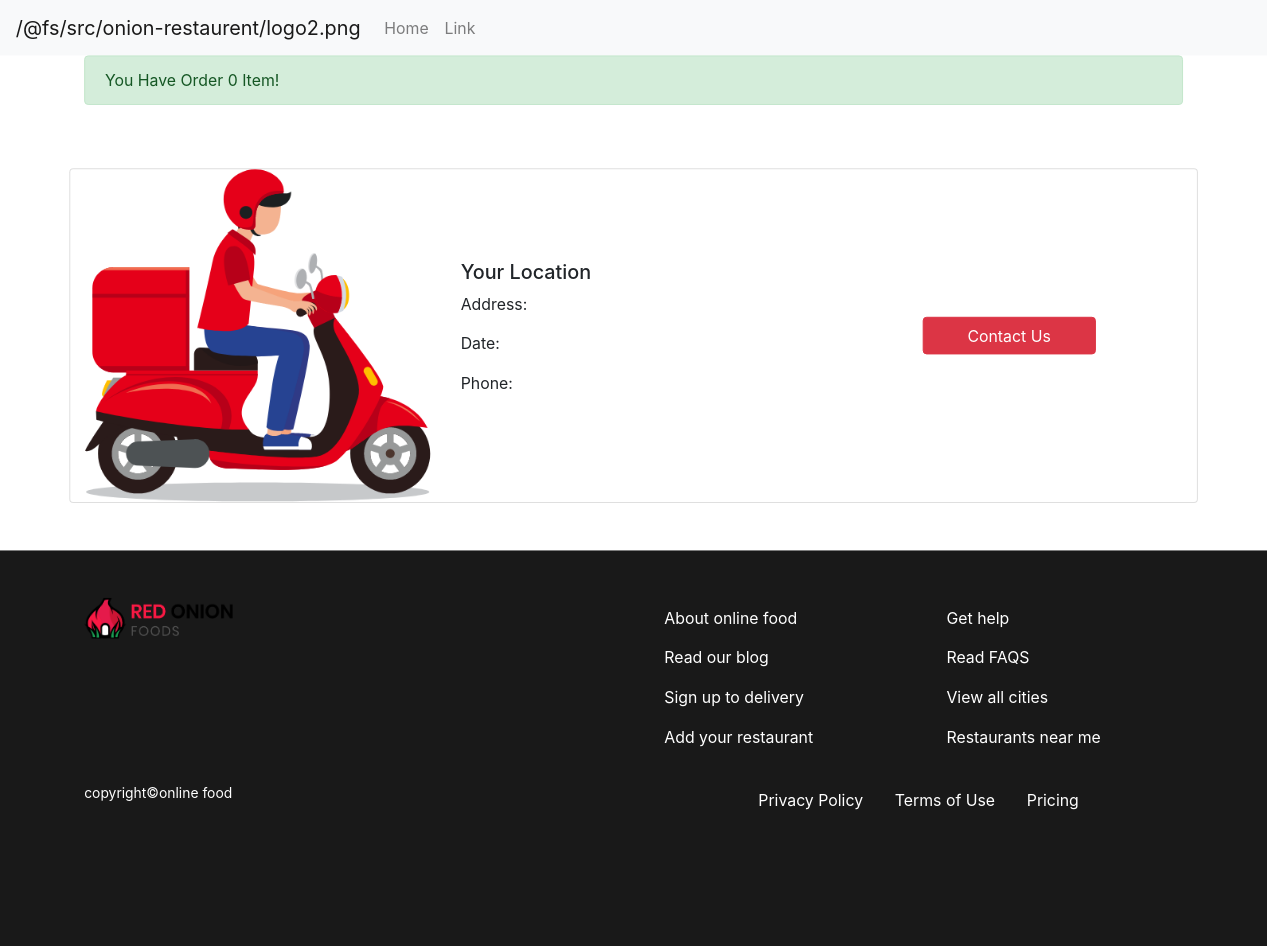
Repository: arif286/red-onion-client
Page: /order
The author's editor kept a copy of each file at every save. The page is drawn from the files as they stood at one save, then again after the next save.
The browser window is 1280 px wide. The pictures show the whole page, at 99% of full size.
The page's requests for data from a server got no answer. The project was rebuilt for these pictures with package versions that can differ from the ones it lists, and the page was loaded fresh each time. No one was signed in, and anything a server would have sent is missing. Also part of the build but not shown: src/App.css, src/components/CheckOut/CheckOut.css, src/components/CheckOut/CheckOutForm/CheckOutFrom.js, src/components/CheckOut/CheckOut.js, src/components/SearchBar/SearchBar.css, src/components/SearchBar/SearchBar.js, src/components/FoodDetails/FoodDetail.css, src/components/FoodDetails/FoodDetail.js and 13 more. Imported but missing from the stored project, and not drawn on this page: src/components/CheckOut/Map/Map.

Above is the page before, as saved 2021-04-07 01:46:02.

### public/index.html
<!DOCTYPE html>
<html lang="en">
  <head>
    <meta charset="utf-8" />
    <link rel="icon" href="%PUBLIC_URL%/favicon.ico" />
    <meta name="viewport" content="width=device-width, initial-scale=1" />
    <meta name="theme-color" content="#000000" />
    <meta
      name="description"
      content="Web site created using create-react-app"
    />
    <link rel="apple-touch-icon" href="%PUBLIC_URL%/logo192.png" />
    <!--
      manifest.json provides metadata used when your web app is installed on a
      user's mobile device or desktop. See https://developers.google.com/web/fundamentals/web-app-manifest/
    -->
    <link rel="manifest" href="%PUBLIC_URL%/manifest.json" />

    <!-- <link
      href="https://api.tiles.mapbox.com/mapbox-gl-js/v2.1.1/mapbox-gl.css"
      rel="stylesheet"
    /> -->
    <!--
      Notice the use of %PUBLIC_URL% in the tags above.
      It will be replaced with the URL of the `public` folder during the build.
      Only files inside the `public` folder can be referenced from the HTML.

      Unlike "/favicon.ico" or "favicon.ico", "%PUBLIC_URL%/favicon.ico" will
      work correctly both with client-side routing and a non-root public URL.
      Learn how to configure a non-root public URL by running `npm run build`.
    -->
    <title>Red Onion</title>
  </head>
  <body>
    <noscript>You need to enable JavaScript to run this app.</noscript>
    <div id="root"></div>
    <!--
      This HTML file is a template.
      If you open it directly in the browser, you will see an empty page.

      You can add webfonts, meta tags, or analytics to this file.
      The build step will place the bundled scripts into the <body> tag.

      To begin the development, run `npm start` or `yarn start`.
      To create a production bundle, use `npm run build` or `yarn build`.
    -->
  </body>
</html>

### src/App.js
import "bootstrap/dist/css/bootstrap.min.css";
import React, { createContext, useState } from "react";
import { BrowserRouter as Router, Route, Switch } from "react-router-dom";
import './App.css';
import CheckOut from "./components/CheckOut/CheckOut";
import Map from "./components/CheckOut/Map/Map";
import FoodDetail from "./components/FoodDetails/FoodDetail";
import Footer from "./components/Footer/Footer";
import Header from "./components/Header/Header";
import Home from './components/Home/Home';
import Login from "./components/LogIn/Login";
import Order from "./components/Order/Order";
import SingUp from "./components/SingUp/SingUp";


export const UserContext = createContext();
function App() {
  const [loggedInUser, setLoggedInUser] = useState({});
  return (
    <UserContext.Provider value={[loggedInUser, setLoggedInUser]}>
      <Router>
        <Header />
        <Switch>
          <Route path="/home">
            <Home />
          </Route>
          <Route path="/signUp">
            <SingUp />
          </Route>
          <Route path="/login">
            <Login />
          </Route>
          <Route path="/food/details/:foodId">
            <FoodDetail />
          </Route>
          <Route path='/checkOut'>
            <CheckOut/>
          </Route>
          <Route path='/order'>
            <Order/>
          </Route>
          <Route path='/map'>
            <Map/>
          </Route>
          <Route exact path="/">
            <Home/>
          </Route>
        </Switch>
        <Footer />
      </Router>
    </UserContext.Provider>
  );

}

export default App;

### src/components/Footer/Footer.js
import React from 'react';
import { NavLink } from 'react-bootstrap';
import Logo from '../../onion-restaurent/logo2.png';
import './Footer.css';

const Footer = () => {
    return (
      <footer>
        <div className="container">
          <div className="row pt-5">
            <div className="col-md-6 col-sm-12 pb-4">
              <img className="footer-img" src={Logo} alt="" />
            </div>
            <div className="col-md-3 col-sm-12 pb-4">
              <ul className="nav flex-column">
                <li className="nav-item">
                  <NavLink
                    className="nav-link active footer-link"
                    aria-current="page"
                    to="/"
                  >
                    About online food
                  </NavLink>
                </li>
                <li className="nav-item">
                  <NavLink className="nav-link footer-link" to="/">
                    Read our blog
                  </NavLink>
                </li>
                <li className="nav-item">
                  <NavLink className="nav-link footer-link" to="/">
                    Sign up to delivery
                  </NavLink>
                </li>
                <li className="nav-item">
                  <NavLink className="nav-link footer-link" to="/">
                    Add your restaurant
                  </NavLink>
                </li>
              </ul>
            </div>
            <div className="col-md-3 col-sm-12 pb-4">
              <ul className="nav flex-column">
                <li className="nav-item">
                  <NavLink
                    className="nav-link footer-link"
                    aria-current="page"
                    to="/"
                  >
                    Get help
                  </NavLink>
                </li>
                <li className="nav-item">
                  <NavLink className="nav-link footer-link" to="/">
                    Read FAQS
                  </NavLink>
                </li>
                <li className="nav-item">
                  <NavLink className="nav-link footer-link" to="/">
                    View all cities
                  </NavLink>
                </li>
                <li className="nav-item">
                  <NavLink className="nav-link footer-link" to="/">
                    Restaurants near me
                  </NavLink>
                </li>
              </ul>
            </div>
          </div>

          <div className="row">
            <div className="col-md-7">
              <p className='copy-right'>
                <small>
                  copyright<span>&#169;</span>online food
                </small>
              </p>
            </div>
            <div className="col-md-5">
              <div className='d-flex'>
                <NavLink className="footer-link">Privacy Policy</NavLink>
                <NavLink className="footer-link">Terms of Use</NavLink>
                <NavLink className="footer-link">Pricing</NavLink>
              </div>
            </div>
          </div>
        </div>
      </footer>
    );
};

export default Footer;

### src/components/Header/Header.js
import React from 'react';
import { Nav, Navbar } from 'react-bootstrap';
// import { NavLink } from "react-router-dom";
import logo from '../../onion-restaurent/logo2.png';
import './Header.css';
const Header = () => {
    const header = {
        logo : {width: '180px'}
    }
    return (
      <div>
        {/* <nav className="navbar navbar-expand-lg navbar-light bg-light">
          <div className="container-fluid">
            <div>
              <img style={header.logo} src={logo} alt="" />
            </div>
            <button
              className="navbar-toggler"
              type="button"
              data-bs-toggle="collapse"
              data-bs-target="#navbarNav"
              aria-controls="navbarNav"
              aria-expanded="false"
              aria-label="Toggle navigation"
            >
              <span className="navbar-toggler-icon"></span>
            </button>
            <div
              className="collapse  navbar-collapse justify-content-end"
              id="navbarNav"
            >
              <ul className="navbar-nav">
                <li className="nav-item">
                  <NavLink className="header-link" to="/">
                    Home
                  </NavLink>
                </li>
                <li className="nav-item">
                  <NavLink className="header-link" to="/order">
                    Order
                  </NavLink>
                </li>
                <li className="nav-item">
                  <NavLink className="header-link" to="/login">
                    Login
                  </NavLink>
                </li>
                <li className="nav-item">
                  <NavLink className="header-link" to="/signUp">
                    Sing up
                  </NavLink>
                </li>
              </ul>
            </div>
          </div>
        </nav> */}
        <Navbar bg="light" expand="lg">
          <Navbar.Brand href="#home">{ logo}</Navbar.Brand>
          <Navbar.Toggle aria-controls="basic-navbar-nav" />
          <Navbar.Collapse id="basic-navbar-nav">
            <Nav className="mr-auto">
              <Nav.Link href="#home">Home</Nav.Link>
              <Nav.Link href="#link">Link</Nav.Link>
            </Nav>
          </Navbar.Collapse>
        </Navbar>
      </div>
    );
};

export default Header;

### src/components/Order/Order.js
import axios from "axios";
import React, { useContext, useEffect, useState } from "react";
import { Alert, Card, Col, Container, Row } from "react-bootstrap";
import { UserContext } from "../../App";
import delivery from "../../onion-restaurent/Image/Group 1151.png";


const Order = () => {
  const [order, setOrder] = useState([]);
  const [loggedInUser, setLoggedInUser] = useContext(UserContext);

  useEffect(() => {
    axios.get(`http://localhost:5000/orderDetails?email=${loggedInUser.email}`)
      .then(res => {
        console.log(res.data)
        setOrder(res.data)
      })
      .catch(err => console.log(err));
  }, [loggedInUser.email]);
  return (
    <Container>
      <Alert variant="success">You Have Order {order.length} Item!</Alert>
      <Row className="justify-content-center">
        {order.map((item) => (
          <Col xs={12} sm={3}>
            <Card className="d-flex">
              <img src={item.picture} alt="" />
              <Card.Body>
                <Card.Title>{item.foodName}</Card.Title>
                <Card.Text>quantity: ${item.quantity}</Card.Text>
                <Card.Text>Total: ${item.totalPrice}</Card.Text>
              </Card.Body>
            </Card>
          </Col>
        ))}
      </Row>
      <Row className="mt-5 mb-5">
        <Col>
          <Card className="row flex-row justify-content-around">
            <div className="col-md-4">
              <img className="img-fluid" src={delivery} alt="" />
            </div>
            <div className="col-md-4 col-sm-12  align-self-center">
              <h5>Your Location</h5>
              <p>Address: {order[0]?.address}</p>
              <p>Date: {order[0]?.date}</p>
              <p>Phone: {order[0]?.phone}</p>
            </div>
            <div className="col-md-4 col-sm-12 align-self-center text-sm-left text-md-center">
              <button className="btn btn-danger w-50">Contact Us</button>
            </div>
          </Card>
        </Col>
      </Row>
    </Container>
  );
};

export default Order;

### src/components/Footer/Footer.css
.footer-img {
  width: 150px;
}
footer {
  background-color: #191919;
  height: 400px;
}
.footer-link {
  color: white;
}
.footer-link:hover {
  color: #878787;
}
.copy-right {
  color: white;
}

Loaded but not shown: src/index.js (common file); src/index.css (common file); src/reportWebVitals.js (common file)

After the next save:
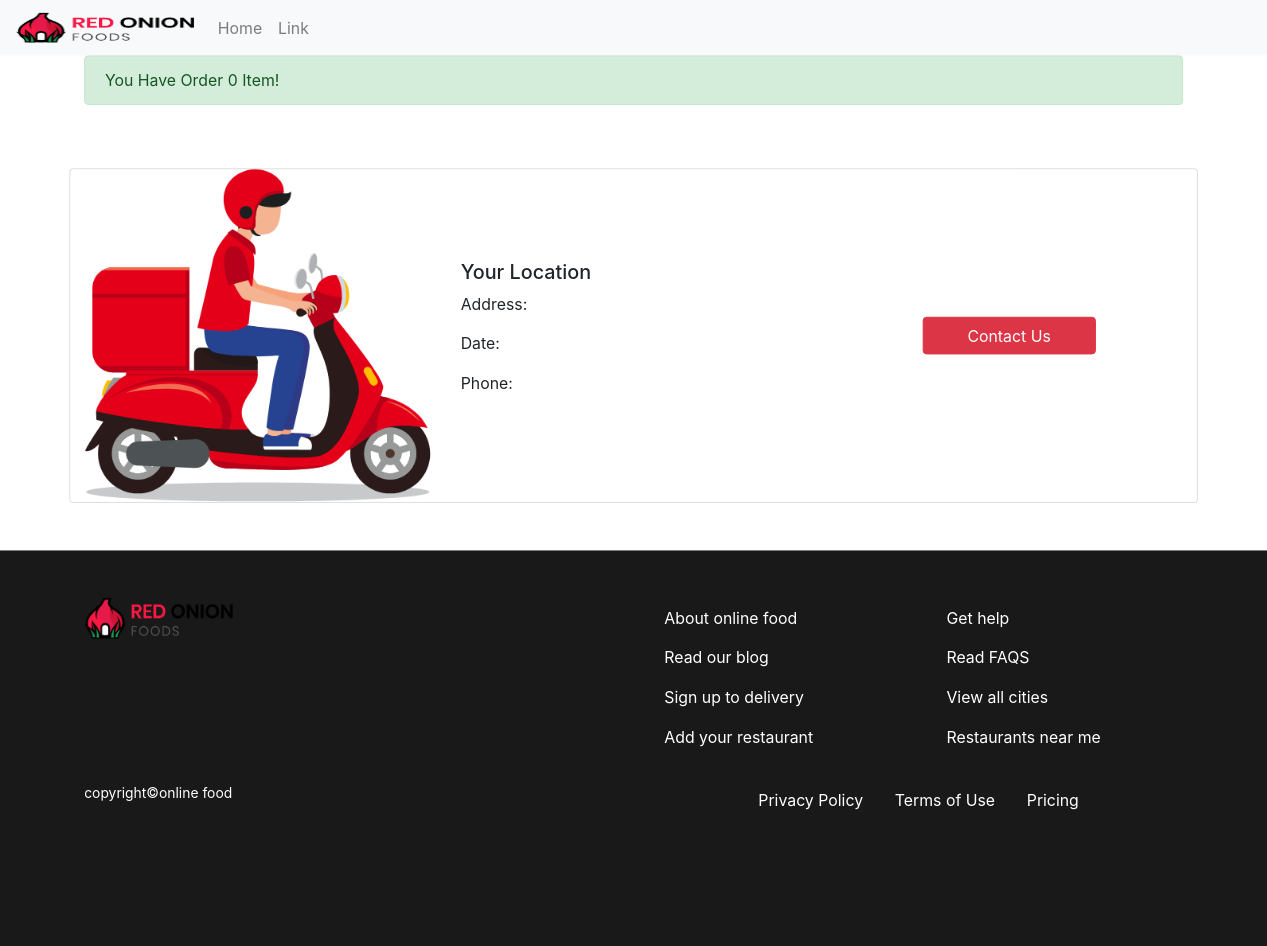
Saved 118 s later.
--- a/src/components/Header/Header.js
+++ b/src/components/Header/Header.js
@@ -55,7 +55,15 @@ const Header = () => {
           </div>
         </nav> */}
         <Navbar bg="light" expand="lg">
-          <Navbar.Brand href="#home">{ logo}</Navbar.Brand>
+          <Navbar.Brand href="#home">
+            <img
+              src={logo}
+              width="180"
+              height="30"
+              className="d-inline-block align-top"
+              alt="React Bootstrap logo"
+            />
+          </Navbar.Brand>
           <Navbar.Toggle aria-controls="basic-navbar-nav" />
           <Navbar.Collapse id="basic-navbar-nav">
             <Nav className="mr-auto">
